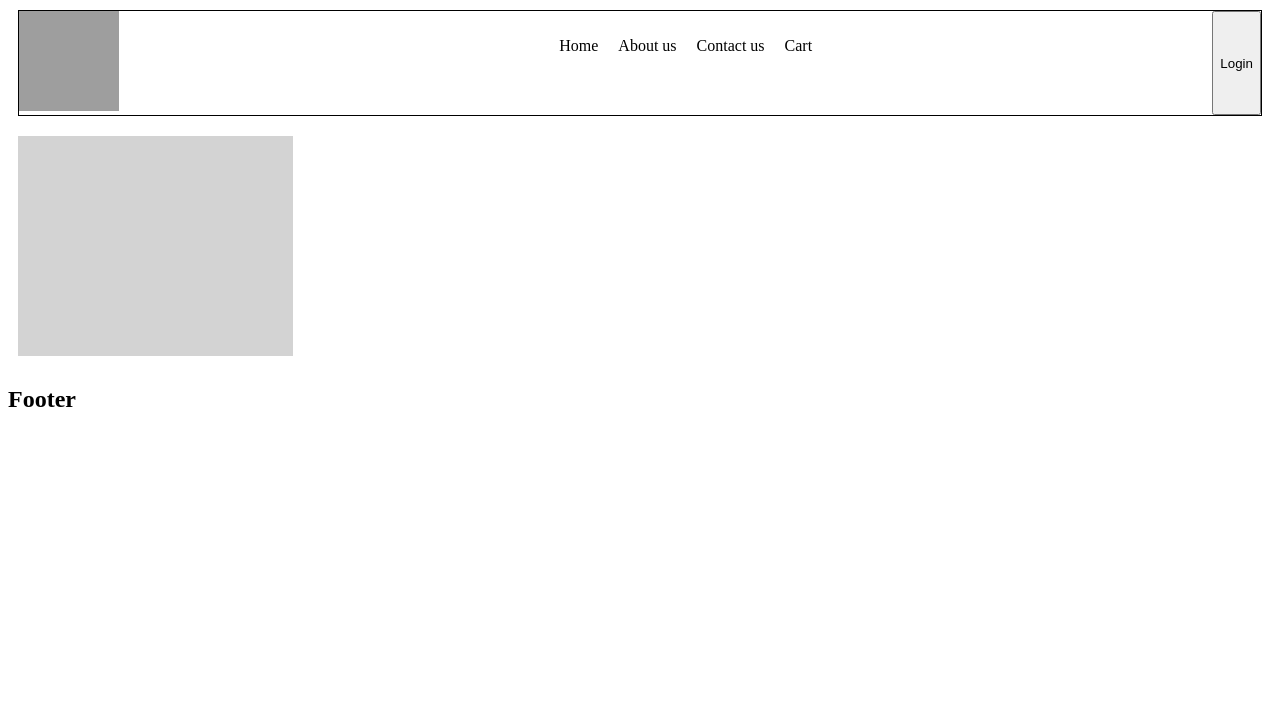
Repository: shivamv97/FOOD-VILLA-APP
Page: /
These files come from the project's save history. The page is drawn as it stood at one moment and after the next save; the edit follows.
The browser window is 1280 px wide. The pictures show the whole page.
Pictures or frames that could not be fetched are drawn as grey boxes. The page's requests for data from a server got no answer. The project was rebuilt for these pictures with package versions that can differ from the ones it lists, and the page was loaded fresh each time. No one was signed in, and anything a server would have sent is missing. Also part of the build but not shown: src/components/RestaurantCards.js.

Above is the page before, as saved 2024-08-02 19:24:11.

### index.html
<!DOCTYPE html>
<html lang="en">
  <head>
    <meta charset="UTF-8" />
    <meta name="viewport" content="width=device-width, initial-scale=1.0" />
    <title>Learning REACT</title>
    <link rel="stylesheet" href="style.css" />
  </head>
  <body>
    <div id="root">Not Rendered</div>
    <!-- <script
      crossorigin
      src="https://unpkg.com/react@18/umd/react.development.js"
    ></script>
    <script
      crossorigin
      src="https://unpkg.com/react-dom@18/umd/react-dom.development.js"
    ></script> -->
    <script type="module" src="src/App.js"></script>
  </body>
</html>

### style.css
.header {
  display: flex;
  justify-content: space-between;
  margin: 10px;
  border: 1px solid black;
}
.nav-items > ul {
  list-style-type: none;
  display: flex;
}

.nav-items > ul > li {
  padding: 10px;
}
.logo {
  width: 100px;
  height: 100px;
}

.card {
  width: 255px;
  border: 1px solid black;
  padding: 10px;
  margin: 10px;
  overflow-wrap: break-word;
}

.card > img {
  width: 100%;
}

.restaurant-list {
  display: flex;
  flex-wrap: wrap;
}

.shimmer-card {
  width: 255px;
  height: 200px;
  background: lightgrey;
  margin: 10px;
  padding: 10px;
}

### src/App.js
import React from "react";
import ReactDOM from "react-dom/client";
import HeaderComponent from "./components/Title";
import Body from "./components/Body";
import Footer from "./components/Footer";

/*
Header
   -logo
   -Nav item(right side)
   -cart
Body
   -Search bar
   -RestrauntList
     -RestrauntCard
     -Image
     -Name
     -Ratings
     -Cusines
Footer
     -Links
     -Copyrigh
*/

const AppLayout = () => {
  return (
    <>
      <HeaderComponent />
      <Body />
      <Footer />
    </>
  );
};

const root = ReactDOM.createRoot(document.getElementById("root"));

root.render(<AppLayout />); //it will override children of div element

### src/components/Title.js
import { useState } from "react";

const LoggedInUser = () => {
  //API used for authentication
  return true;
};

const Title = () => (
  <a href="/ ">
    <img
      className="logo"
      alt="logo"
      src="https://encrypted-tbn0.gstatic.com/images?q=tbn:ANd9GcTJtFXKFKFoihdrJEvX4jBtXqfcO2kJ0KAlIg&s"
    />
  </a>
);

const HeaderComponent = () => {
  const [isLoggedIn, setisLoggedIn] = useState(false);
  return (
    <div className="header">
      <Title />
      <div className="nav-items">
        <ul>
          <li>Home</li>
          <li>About us</li>
          <li>Contact us</li>
          <li>Cart</li>
        </ul>
      </div>
      {isLoggedIn ? (
        <button onClick={() => setisLoggedIn(false)}>Logout</button>
      ) : (
        <button onClick={() => setisLoggedIn(true)}>Login</button>
      )}
    </div>
  );
};

export default HeaderComponent;

### src/components/Body.js
import { restaurantlist } from "../config";
import RestrauntCard from "./RestaurantCards";
import { useState, useEffect } from "react";
import Shimmer from "./shimmer";

function filterdata(searchText, restaurants) {
  return restaurants.filter((restaurant) =>
    restaurant.info.name.toLowerCase().includes(searchText.toLowerCase())
  );
}

const Body = () => {
  // const searchTxt = "KFC"; //for reference...(IN JS)
  const [AllRestaurants, setAllRestaurants] = useState([]);
  const [FilteredRestaurants, setFilteredRestaurants] = useState([]); //restaurantlist
  const [searchText, setsearchText] = useState(""); //To create state variable.......(IN REACT)
  // console.log("render()");

  useEffect(() => {
    //API call
    GetRestaurants();
  }, []);

  async function GetRestaurants() {
    const data = await fetch(
      "https://www.swiggy.com/dapi/restaurants/list/v5?lat=28.7040592&lng=77.10249019999999&collection=83667"
    );
    const json = await data.json();
    console.log(json);
    //you have to make change only in line 32,in cards[i],where i is keep changing in the above api link,try from 0-11
    //it's an config-driven UI,Hence,it's Grid Element position keeps on changing.......
    setAllRestaurants(
      json?.data?.cards[1]?.card?.card?.gridElements?.infoWithStyle?.restaurants
    );
    setFilteredRestaurants(
      json?.data?.cards[1]?.card?.card?.gridElements?.infoWithStyle?.restaurants
    );
  }

  console.log("render");

  //Don't render component(Early Return)
  // if (!AllRestaurants) return null;
  // if (FilteredRestaurants?.length === 0) return <h1>No Restaurants Found!</h1>;

  //Conditional rendering
  return AllRestaurants?.length == 0 ? (
    <Shimmer />
  ) : (
    <>
      <div className="search-box">
        <input
          type="text"
          className="search-input"
          placeholder="Search"
          value={searchText}
          onChange={(e) => {
            setsearchText(e.target.value);
          }}
        />
        <button
          className="search-btn"
          onClick={() => {
            //filter the data according to need
            const data = filterdata(searchText, AllRestaurants);
            setFilteredRestaurants(data);
            //need to update the state-restaurants
          }}
        >
          Search
        </button>
      </div>
      <div className="restaurant-list">
        {
          FilteredRestaurants.map((restaurant) => {
            return (
              <RestrauntCard key={restaurant.info.id} {...restaurant.info} />
            );
          })
          //H.W. => 1.PROPER PLACE FOR NO RESTAURANTS FOUND   2.SEARCH WENT OFF WHEN IT IS SHOWING NO RESTAURANTS FOUND..........
        }
      </div>
    </>
  );
};

export default Body;

### src/components/Footer.js
const Footer = () => {
  return <h2>Footer</h2>;
};

export default Footer;

### src/config.js
//PUT MY all Hard Coded File Here
export const Img_cdn_url =
  "https://media-assets.swiggy.com/swiggy/image/upload/fl_lossy,f_auto,q_auto,w_660/";

//Config Driven UI
export const restaurantlist = [
  //public API of Swiggy
  {
    "@type": "type.googleapis.com/swiggy.presentation.food.v2.Restaurant",
    info: {
      id: "8561",
      name: "Mughlai Junction",
      cloudinaryImageId: "tnl2yuuxi8zjbgru6iqj",
      locality: "Connaught Place",
      areaName: "Connaught Place",
      costForTwo: "₹600 for two",
      cuisines: ["Mughlai", "North Indian", "Tandoor"],
      avgRating: 4.3,
      parentId: "5354",
      avgRatingString: "4.3",
      totalRatingsString: "10K+",
      promoted: true,
      adTrackingId:
        "cid=15007607~p=0~adgrpid=15007607#ag1~mp=SWIGGY_IN~bl=FOOD~aet=RESTAURANT~aeid=8561~eid=321f01bc-98c6-405c-89d6-b18422bb8f70~srvts=1721229990431~collid=83639",
      sla: {
        deliveryTime: 37,
        lastMileTravel: 4.8,
        serviceability: "SERVICEABLE",
        slaString: "35-40 mins",
        lastMileTravelString: "4.8 km",
        iconType: "ICON_TYPE_EMPTY",
      },
      availability: {
        nextCloseTime: "2024-07-17 23:00:00",
        opened: true,
      },
      badges: {},
      isOpen: true,
      type: "F",
      badgesV2: {
        entityBadges: {
          textExtendedBadges: {},
          textBased: {},
          imageBased: {},
        },
      },
      aggregatedDiscountInfoV3: {
        header: "10% OFF",
        subHeader: "UPTO ₹35",
      },
      orderabilityCommunication: {
        title: {},
        subTitle: {},
        message: {},
        customIcon: {},
      },
      differentiatedUi: {
        displayType: "ADS_UI_DISPLAY_TYPE_ENUM_DEFAULT",
        differentiatedUiMediaDetails: {
          mediaType: "ADS_MEDIA_ENUM_IMAGE",
          lottie: {},
          video: {},
        },
      },
      reviewsSummary: {},
      displayType: "RESTAURANT_DISPLAY_TYPE_DEFAULT",
      restaurantOfferPresentationInfo: {},
      externalRatings: {
        aggregatedRating: {
          rating: "4.4",
          ratingCount: "1K+",
        },
        source: "GOOGLE",
        sourceIconImageId: "v1704440323/google_ratings/rating_google_tag",
      },
      ratingsDisplayPreference: "RATINGS_DISPLAY_PREFERENCE_SHOW_SWIGGY",
    },
    analytics: {},
    cta: {
      link: "swiggy://menu?restaurant_id=8561&source=collection&query=Biryani",
      text: "RESTAURANT_MENU",
      type: "DEEPLINK",
    },
    widgetId: "collectionV5RestaurantListWidget_SimRestoRelevance_food",
  },

  {
    "@type": "type.googleapis.com/swiggy.presentation.food.v2.Restaurant",
    info: {
      id: "817359",
      name: "Zahra Restaurant & Cafe",
      cloudinaryImageId: "asaqtuuszx7hzmxpnfpo",
      locality: "Old Delhi",
      areaName: "Old Delhi",
      costForTwo: "₹300 for two",
      cuisines: ["Indian", "Tandoor", "Kebabs", "Snacks", "Biryani"],
      avgRating: 4.3,
      parentId: "229129",
      avgRatingString: "4.3",
      totalRatingsString: "100+",
      sla: {
        deliveryTime: 29,
        lastMileTravel: 1.3,
        serviceability: "SERVICEABLE",
        slaString: "25-30 mins",
        lastMileTravelString: "1.3 km",
        iconType: "ICON_TYPE_EMPTY",
      },
      availability: {
        nextCloseTime: "2024-07-17 22:59:00",
        opened: true,
      },
      badges: {},
      isOpen: true,
      type: "F",
      badgesV2: {
        entityBadges: {
          textExtendedBadges: {},
          textBased: {},
          imageBased: {},
        },
      },
      aggregatedDiscountInfoV3: {
        header: "50% OFF",
        subHeader: "UPTO ₹100",
      },
      orderabilityCommunication: {
        title: {},
        subTitle: {},
        message: {},
        customIcon: {},
      },
      differentiatedUi: {
        displayType: "ADS_UI_DISPLAY_TYPE_ENUM_DEFAULT",
        differentiatedUiMediaDetails: {
          mediaType: "ADS_MEDIA_ENUM_IMAGE",
          lottie: {},
          video: {},
        },
      },
      reviewsSummary: {},
      displayType: "RESTAURANT_DISPLAY_TYPE_DEFAULT",
      restaurantOfferPresentationInfo: {},
      externalRatings: {
        aggregatedRating: {
          rating: "--",
        },
      },
      ratingsDisplayPreference: "RATINGS_DISPLAY_PREFERENCE_SHOW_SWIGGY",
    },
    analytics: {},
    cta: {
      link: "swiggy://menu?restaurant_id=817359&source=collection&query=Biryani",
      text: "RESTAURANT_MENU",
      type: "DEEPLINK",
    },
    widgetId: "collectionV5RestaurantListWidget_SimRestoRelevance_food",
  },

  {
    "@type": "type.googleapis.com/swiggy.presentation.food.v2.Restaurant",
    info: {
      id: "81523",
      name: "Amma Mess",
      cloudinaryImageId: "a09jpzja1zusso85bbmz",
      locality: "Karol Bagh",
      areaName: "Karol Bagh",
      costForTwo: "₹300 for two",
      cuisines: ["South Indian"],
      avgRating: 4.5,
      parentId: "15687",
      avgRatingString: "4.5",
      totalRatingsString: "10K+",
      promoted: true,
      adTrackingId:
        "cid=15010070~p=1~adgrpid=15010070#ag1~mp=SWIGGY_IN~bl=FOOD~aet=RESTAURANT~aeid=81523~eid=b2807d99-426d-4265-8bac-9448c8101a5f~srvts=1721229990431~collid=83639",
      sla: {
        deliveryTime: 37,
        lastMileTravel: 6.3,
        serviceability: "SERVICEABLE",
        slaString: "35-40 mins",
        lastMileTravelString: "6.3 km",
        iconType: "ICON_TYPE_EMPTY",
      },
      availability: {
        nextCloseTime: "2024-07-17 22:30:00",
        opened: true,
      },
      badges: {},
      isOpen: true,
      aggregatedDiscountInfoV2: {},
      type: "F",
      badgesV2: {
        entityBadges: {
          textBased: {},
          imageBased: {},
          textExtendedBadges: {},
        },
      },
      orderabilityCommunication: {
        title: {},
        subTitle: {},
        message: {},
        customIcon: {},
      },
      differentiatedUi: {
        displayType: "ADS_UI_DISPLAY_TYPE_ENUM_DEFAULT",
        differentiatedUiMediaDetails: {
          mediaType: "ADS_MEDIA_ENUM_IMAGE",
          lottie: {},
          video: {},
        },
      },
      reviewsSummary: {},
      displayType: "RESTAURANT_DISPLAY_TYPE_DEFAULT",
      restaurantOfferPresentationInfo: {},
      externalRatings: {
        aggregatedRating: {
          rating: "4.2",
          ratingCount: "1K+",
        },
        source: "GOOGLE",
        sourceIconImageId: "v1704440323/google_ratings/rating_google_tag",
      },
      ratingsDisplayPreference: "RATINGS_DISPLAY_PREFERENCE_SHOW_SWIGGY",
    },
    analytics: {},
    cta: {
      link: "swiggy://menu?restaurant_id=81523&source=collection&query=Biryani",
      text: "RESTAURANT_MENU",
      type: "DEEPLINK",
    },
    widgetId: "collectionV5RestaurantListWidget_SimRestoRelevance_food",
  },

  {
    "@type": "type.googleapis.com/swiggy.presentation.food.v2.Restaurant",
    info: {
      id: "144716",
      name: "Mughlai Invitation",
      cloudinaryImageId: "a4530760ed2ff35b487605618cc6dc45",
      areaName: "Chandni Chowk",
      costForTwo: "₹200 for two",
      cuisines: ["Indian", "Mughlai", "Biryani", "Sweets"],
      avgRating: 4.6,
      parentId: "141076",
      avgRatingString: "4.6",
      totalRatingsString: "100+",
      sla: {
        deliveryTime: 30,
        lastMileTravel: 1.5,
        serviceability: "SERVICEABLE",
        slaString: "30-35 mins",
        lastMileTravelString: "1.5 km",
        iconType: "ICON_TYPE_EMPTY",
      },
      availability: {
        nextCloseTime: "2024-07-17 22:59:00",
        opened: true,
      },
      badges: {},
      isOpen: true,
      aggregatedDiscountInfoV2: {},
      type: "F",
      badgesV2: {
        entityBadges: {
          textExtendedBadges: {},
          textBased: {},
          imageBased: {},
        },
      },
      orderabilityCommunication: {
        title: {},
        subTitle: {},
        message: {},
        customIcon: {},
      },
      differentiatedUi: {
        displayType: "ADS_UI_DISPLAY_TYPE_ENUM_DEFAULT",
        differentiatedUiMediaDetails: {
          mediaType: "ADS_MEDIA_ENUM_IMAGE",
          lottie: {},
          video: {},
        },
      },
      reviewsSummary: {},
      displayType: "RESTAURANT_DISPLAY_TYPE_DEFAULT",
      restaurantOfferPresentationInfo: {},
      externalRatings: {
        aggregatedRating: {
          rating: "4.8",
          ratingCount: "100+",
        },
        source: "GOOGLE",
        sourceIconImageId: "v1704440323/google_ratings/rating_google_tag",
      },
      ratingsDisplayPreference: "RATINGS_DISPLAY_PREFERENCE_SHOW_SWIGGY",
    },
    analytics: {},
    cta: {
      link: "swiggy://menu?restaurant_id=144716&source=collection&query=Biryani",
      text: "RESTAURANT_MENU",
      type: "DEEPLINK",
    },
    widgetId: "collectionV5RestaurantListWidget_SimRestoRelevance_food",
  },

  {
    "@type": "type.googleapis.com/swiggy.presentation.food.v2.Restaurant",
    info: {
      id: "64321",
      name: "Southern Masala",
      cloudinaryImageId: "14527e27a298304dd07904f777372cb5",
      locality: "Karol Bagh",
      areaName: "Karol Bagh",
      costForTwo: "₹350 for two",
      cuisines: ["Andhra", "Biryani", "South Indian", "Thalis"],
      avgRating: 3.9,
      parentId: "17286",
      avgRatingString: "3.9",
      totalRatingsString: "1K+",
      promoted: true,
      adTrackingId:
        "cid=15472783~p=2~adgrpid=15472783#ag1~mp=SWIGGY_IN~bl=FOOD~aet=RESTAURANT~aeid=64321~eid=785e1ed6-7474-46a2-ba9f-4a9325d5fabc~srvts=1721229990431~collid=83639",
      sla: {
        deliveryTime: 38,
        lastMileTravel: 5,
        serviceability: "SERVICEABLE",
        slaString: "35-40 mins",
        lastMileTravelString: "5.0 km",
        iconType: "ICON_TYPE_EMPTY",
      },
      availability: {
        nextCloseTime: "2024-07-17 22:00:00",
        opened: true,
      },
      badges: {},
      isOpen: true,
      type: "F",
      badgesV2: {
        entityBadges: {
          textBased: {},
          imageBased: {},
          textExtendedBadges: {},
        },
      },
      aggregatedDiscountInfoV3: {
        header: "₹125 OFF",
        subHeader: "ABOVE ₹199",
        discountTag: "FLAT DEAL",
      },
      orderabilityCommunication: {
        title: {},
        subTitle: {},
        message: {},
        customIcon: {},
      },
      differentiatedUi: {
        displayType: "ADS_UI_DISPLAY_TYPE_ENUM_DEFAULT",
        differentiatedUiMediaDetails: {
          mediaType: "ADS_MEDIA_ENUM_IMAGE",
          lottie: {},
          video: {},
        },
      },
      reviewsSummary: {},
      displayType: "RESTAURANT_DISPLAY_TYPE_DEFAULT",
      restaurantOfferPresentationInfo: {},
      externalRatings: {
        aggregatedRating: {
          rating: "4.1",
          ratingCount: "100+",
        },
        source: "GOOGLE",
        sourceIconImageId: "v1704440323/google_ratings/rating_google_tag",
      },
      ratingsDisplayPreference: "RATINGS_DISPLAY_PREFERENCE_SHOW_SWIGGY",
    },
    analytics: {},
    cta: {
      link: "swiggy://menu?restaurant_id=64321&source=collection&query=Biryani",
      text: "RESTAURANT_MENU",
      type: "DEEPLINK",
    },
    widgetId: "collectionV5RestaurantListWidget_SimRestoRelevance_food",
  },
];

### src/components/shimmer.js
const Shimmer = () => {
  return (
    <div className="restaurant-list">
      <div className="shimmer-card"></div>
    </div>
  );
};

export default Shimmer;

After the next save:
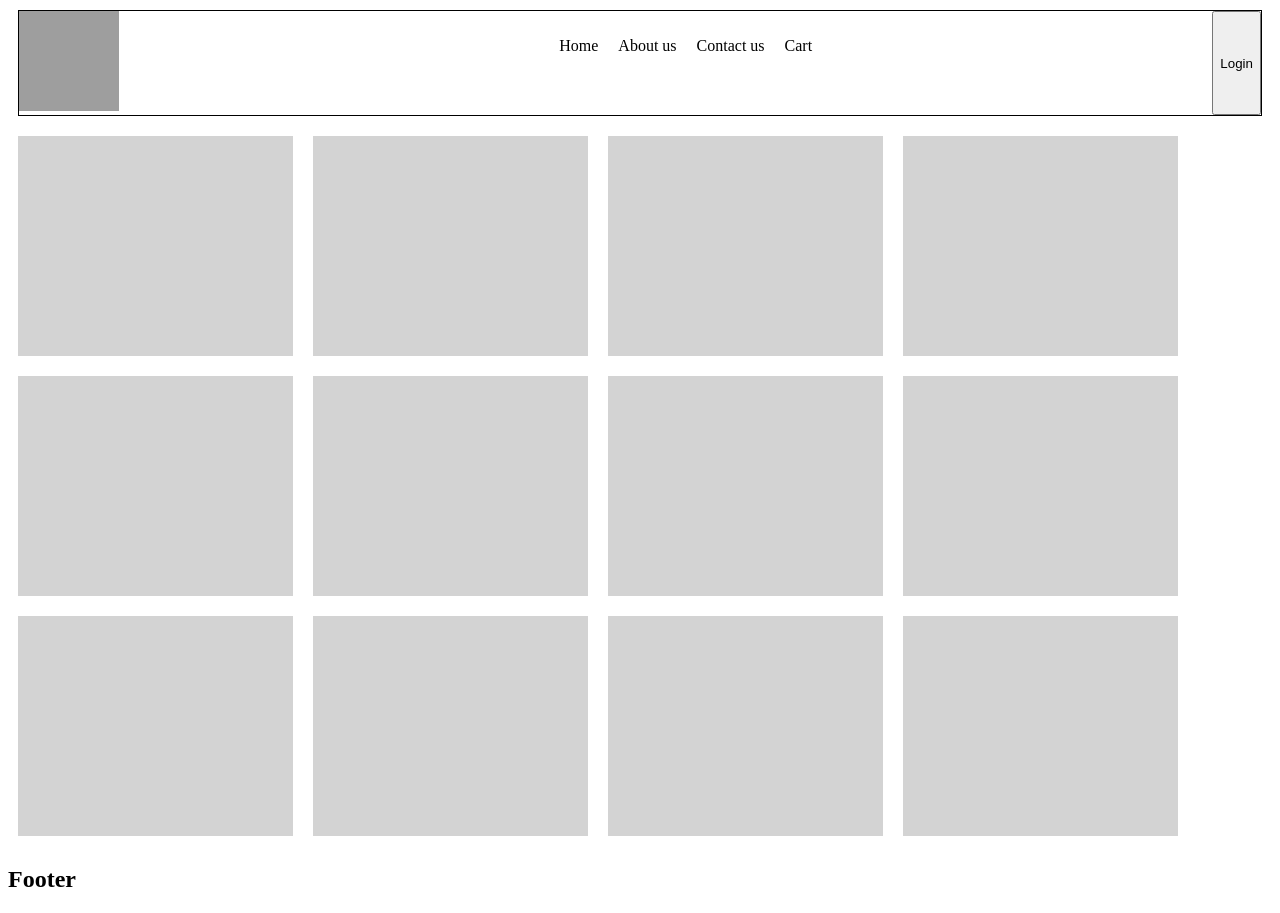
Saved 6 s later.
--- a/src/components/shimmer.js
+++ b/src/components/shimmer.js
@@ -1,6 +1,17 @@
 const Shimmer = () => {
   return (
     <div className="restaurant-list">
+      <div className="shimmer-card"></div>
+      <div className="shimmer-card"></div>
+      <div className="shimmer-card"></div>
+      <div className="shimmer-card"></div>
+      <div className="shimmer-card"></div>
+      <div className="shimmer-card"></div>
+      <div className="shimmer-card"></div>
+      <div className="shimmer-card"></div>
+      <div className="shimmer-card"></div>
+      <div className="shimmer-card"></div>
+      <div className="shimmer-card"></div>
       <div className="shimmer-card"></div>
     </div>
   );
